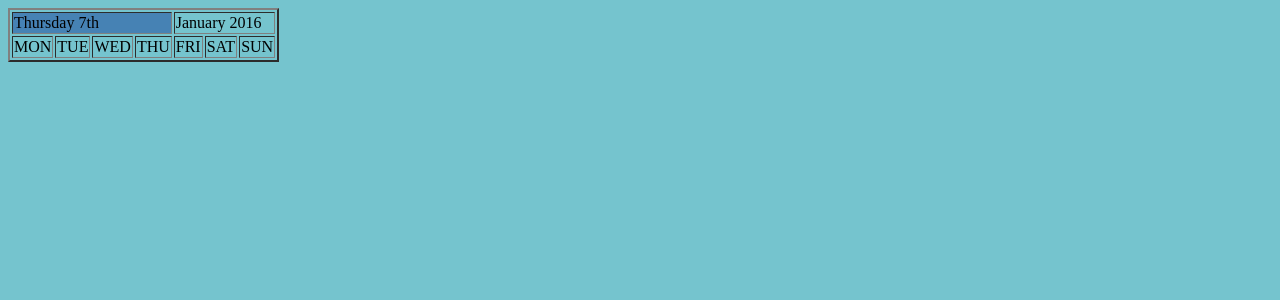
Repository: KYUUBI-K/HTML
Page: За 1 курс/Лаб 4/calendar.html
An editor plug-in stored every save of this project. The page is shown before and after the next save, followed by the edit.
The browser window is 1280 px wide. The pictures show the whole page.

Above is the page before, as saved 2021-03-30 12:55:07.

After the next save:
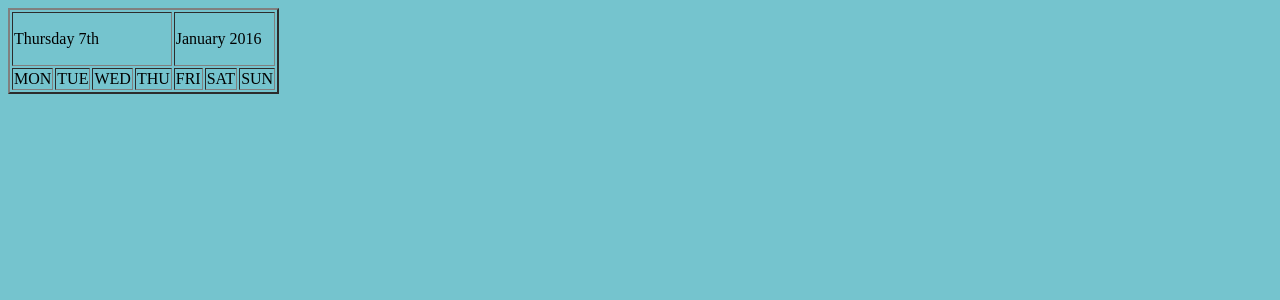
Saved 53 s later.
--- a/За 1 курс/Лаб 4/calendar.html
+++ b/За 1 курс/Лаб 4/calendar.html
@@ -11,7 +11,7 @@
         <div>
             <table border="2px" class="days of week">
                 <tr>
-                    <td style="background-color: steelblue;" colspan="4">Thursday 7th</td>
+                    <td colspan="4"><p> Thursday 7th </p> </td>
                     <td colspan="4">January 2016</td>
                 </tr>
                 <tr>
